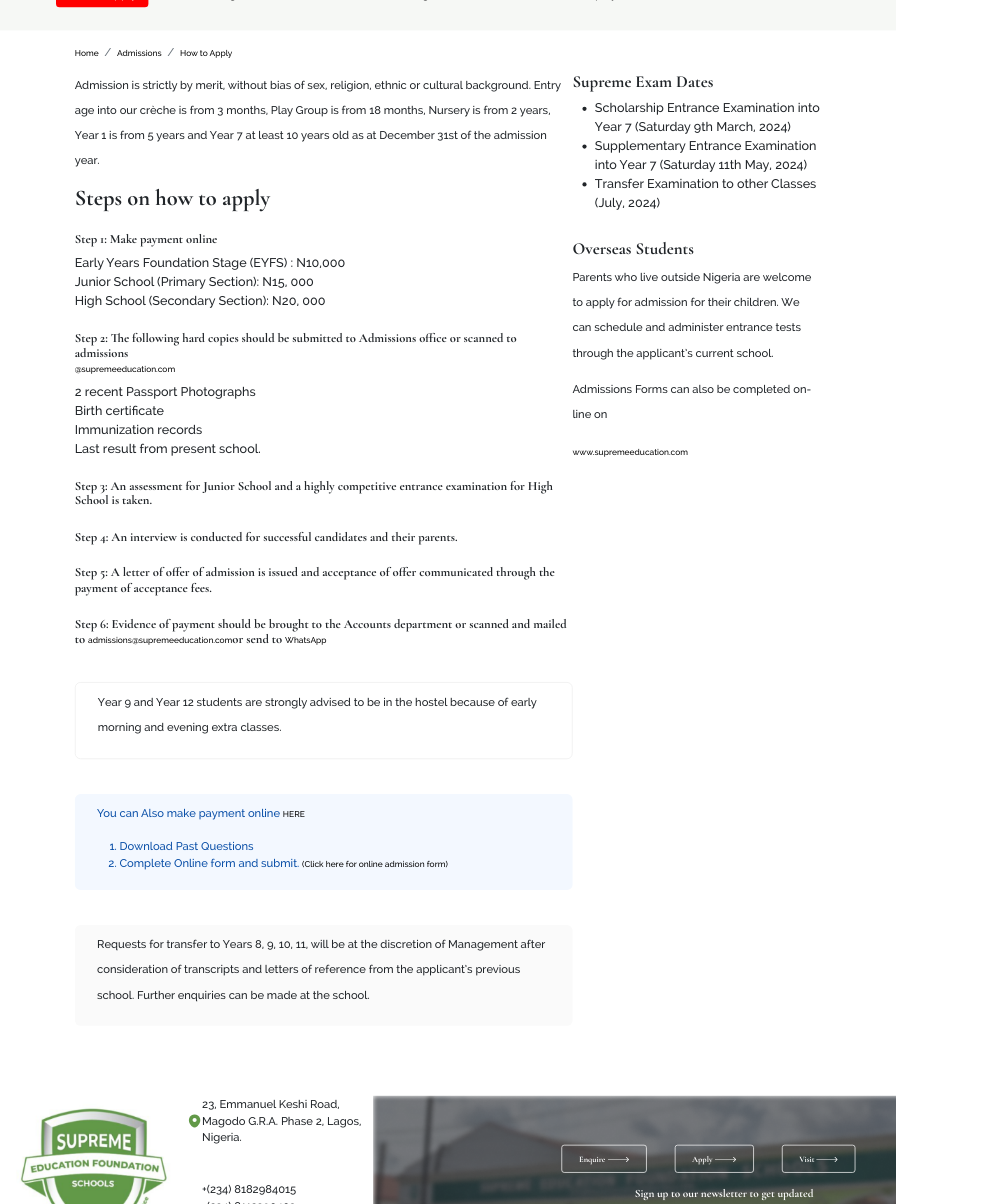
Repository: sarahnnanyelugo/supreme-education
Page: /apply
The author's editor kept a copy of each file at every save. The page is drawn from the files as they stood at one save, then again after the next save.
The browser window is 1280 px wide. The page is 1427 px wide, so the pictures cover 1427 px, including what lies to the right of the window. The pictures show the part of the page from y = 738 to 2458 px (the page is 2867 px tall), at 70% of full size.
The project was rebuilt for these pictures with package versions that can differ from the ones it lists, and the page was loaded fresh each time. Also part of the build but not shown: src/pages/Home/News/news.scss, src/pages/Home/News/News.js, src/pages/Home/Home.js, src/pages/Founder/founder.scss, src/pages/Founder/Founder.js, src/pages/CEO/ceo.scss, src/pages/CEO/CEO.js, src/pages/WhoWeAre/who-we-are.scss and 5 more.

Above is the page before, as saved 2023-12-20 12:58:05.

After the next save:
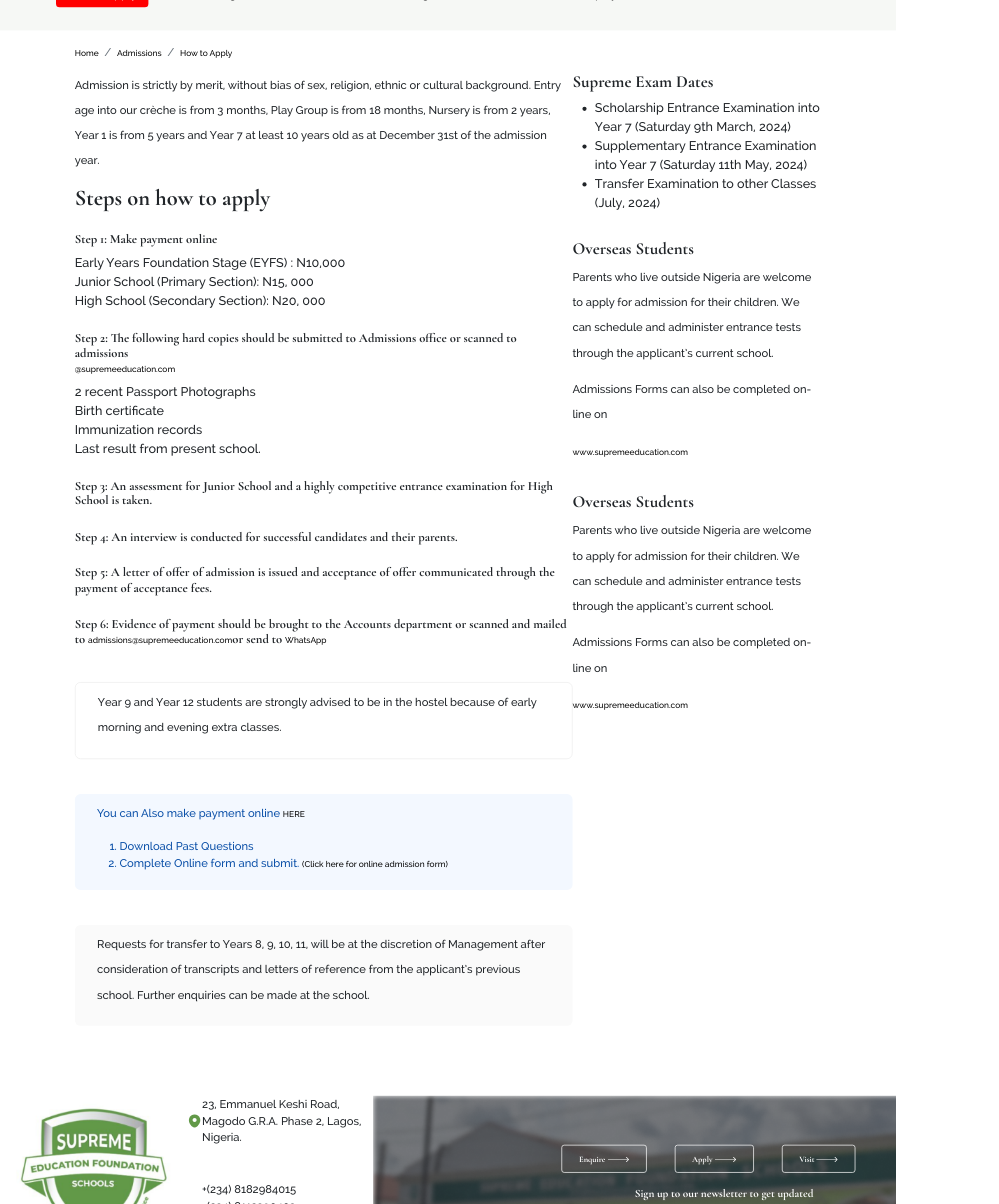
Saved 17 s later.
--- a/src/pages/Apply/Apply.js
+++ b/src/pages/Apply/Apply.js
@@ -117,6 +117,18 @@
               <Link to={""}> www.supremeeducation.com</Link>
             </p>
           </div>
+          <div className="info-div4 mt4">
+            <h4>Overseas Students</h4>
+            <p>
+              Parents who live outside Nigeria are welcome to apply for
+              admission for their children. We can schedule and administer
+              entrance tests through the applicant’s current school.
+            </p>
+            <p>Admissions Forms can also be completed on-line on</p>
+            <p>
+              <Link to={""}> www.supremeeducation.com</Link>
+            </p>
+          </div>
         </div>
       </div>
     </div>
